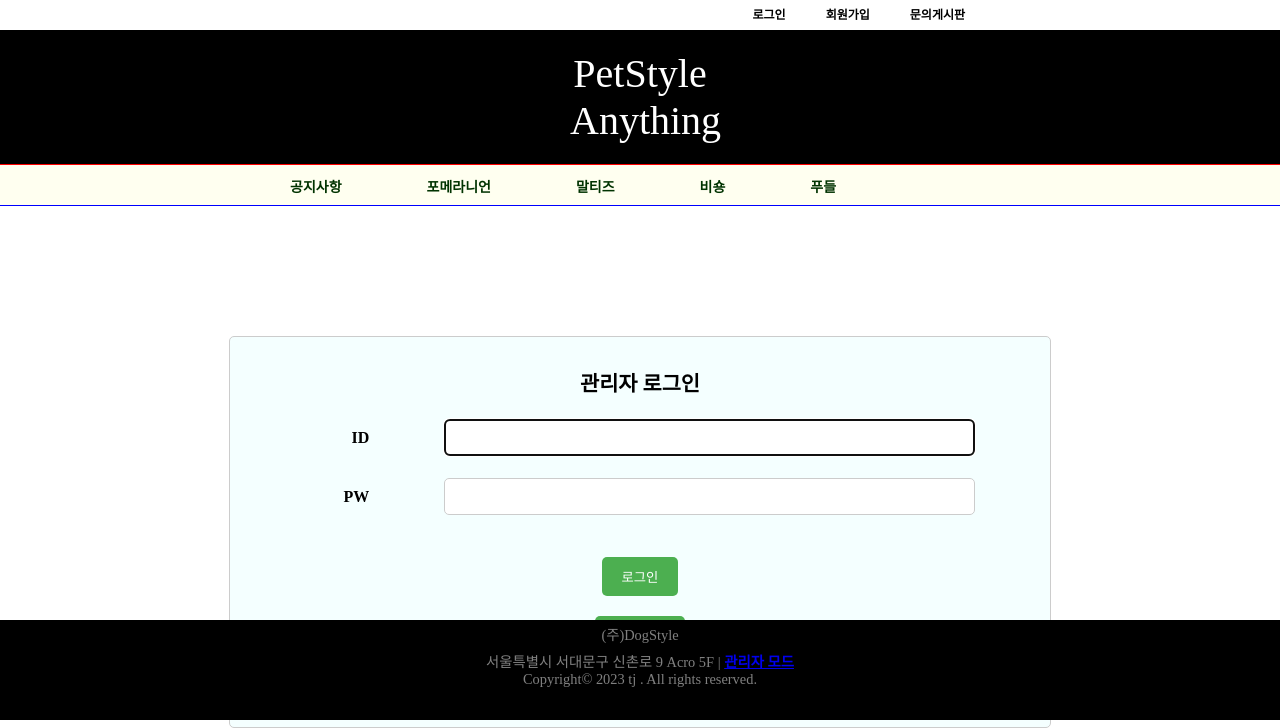
Repository: kdkk2000/Project
Page: http://localhost/petstyle/admin/adminLogin.jsp
The author's editor kept a copy of each file at every save. The page is drawn from the files as they stood at one save, then again after the next save.
The browser window is 1280 px wide. The pictures show the whole page.
The page is served by Tomcat 9. The template is opened directly, without the code that normally fills it, so the values that code supplies are empty.

Above is the page before, as saved 2023-03-29 06:49:51.

After the next save:
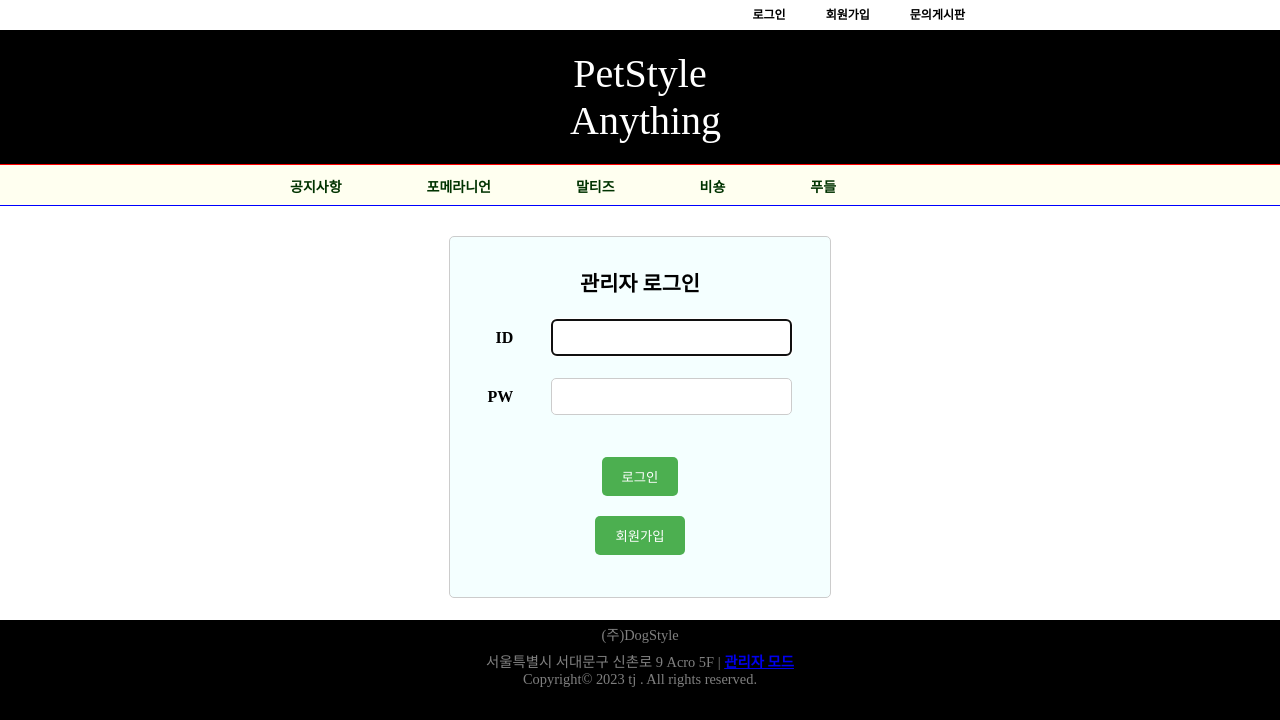
Saved 51 s later.
--- a/petstyle/WebContent/admin/adminLogin.jsp
+++ b/petstyle/WebContent/admin/adminLogin.jsp
@@ -9,13 +9,6 @@
 	<meta charset="UTF-8">
 	<title>Insert title here</title>
 	<link href="${conPath }/css/login.css" rel="stylesheet">
-	<style>
-		#content_form {
-			height:370px;
-			margin: 130px auto 0px;
-			width: 800px;
-		}
-	</style>
 </head>
 <body>
 	<c:if test="${not empty admin }">
